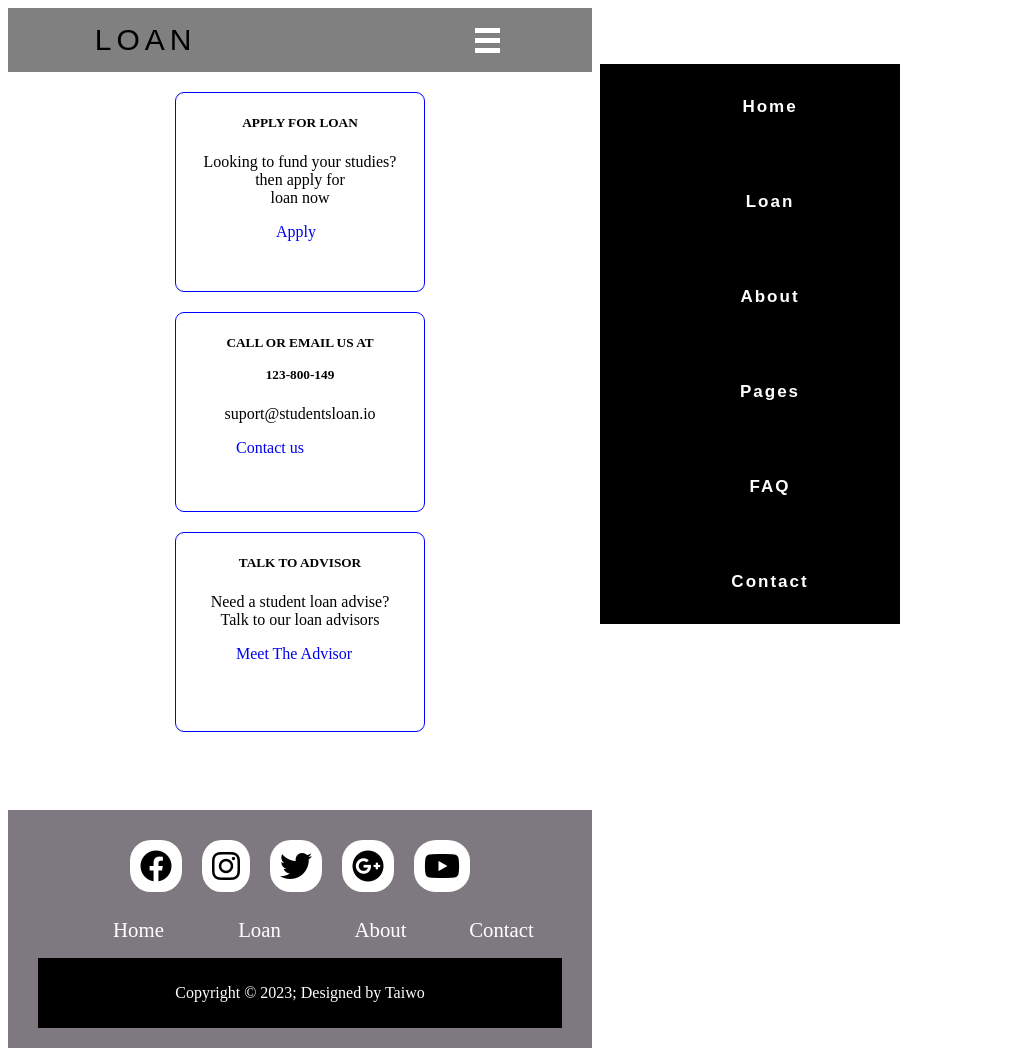
Repository: Tobby004/basic-loanweb
Page: contact.html
An editor plug-in stored every save of this project. The page is shown before and after the next save, followed by the edit.
The browser window is 600 px wide. The page is 900 px wide, then 1020 px, so the pictures cover 1020 px, including what lies to the right of the window. The pictures show the whole page.

Above is the page before, as saved 2023-07-07 00:14:17.

### contact.html
<!DOCTYPE html>
<html lang="en">
<head>
    <meta charset="UTF-8">
    <meta http-equiv="X-UA-Compatible" content="IE=edge">
    <meta name="viewport" content="width=device-width, initial-scale=1.0">
    <title>Contact</title>
    <link rel="stylesheet" href="contact.css">
    <link rel="stylesheet" href="https://cdnjs.cloudflare.com/ajax/libs/font-awesome/6.4.0/css/all.min.css" integrity="sha512-iecdLmaskl7CVkqkXNQ/ZH/XLlvWZOJyj7Yy7tcenmpD1ypASozpmT/E0iPtmFIB46ZmdtAc9eNBvH0H/ZpiBw==" crossorigin="anonymous" referrerpolicy="no-referrer" />
</head>
<body>
    <nav>
        <div class="logo">LOAN</div>
            <ul class="nav-links">
                    <li><a class="active"><a href="index.html">Home</a></li>
                    <li><a href="apply.html">Loan</a></li>
                    <li><a href="about.html">About</a></li>
                    <li><a href="#">Pages</a></li>
                    <li><a href="#">FAQ</a></li>
                    <li><a href="contact.html">Contact</a></li>
            </ul>
            <div class="burger">
            <div class="line1"></div>
            <div class="line2"></div>
            <div class="line3"></div>
            </div>
        </nav>
    <div class="contact-box">
        <div class="cob-1">
       <h5>APPLY FOR LOAN</h5>
       <p>Looking to fund your studies? <br> then apply for <br> loan now</p>
       <a href="apply.html">Apply</a>
        </div>
        <div class="cob-2">
         <h5>CALL OR EMAIL US AT <br><br>123-800-149</h5>
         <p>suport@studentsloan.io</p>
         <a href="contact.html">Contact us</a>
        </div>
        <div class="cob-3">
         <h5>TALK TO ADVISOR</h5>
         <p>Need a student loan advise?<br>
            Talk to our loan advisors</p>
         <a href="#">Meet The Advisor</a>
     </div>
    </div>
    <br>
    <div class="footer">
        <div class="socialicon">
         <a href=""><i class="fa-brands fa-facebook"></i></a>
         <a href=""><i class="fa-brands fa-instagram"></i></a>
         <a href=""><i class="fa-brands fa-twitter"></i></a>
         <a href=""><i class="fa-brands fa-google-plus"></i></a>
         <a href=""><i class="fa-brands fa-youtube"></i></a>
        </div>
    <div class="footernav">
     <ul>
         <li><a href="">Home</a></li>
         <li><a href="">Loan</a></li>
         <li><a href="">About</a></li>
         <li><a href="">Contact</a></li>
     </ul>
    </div>
    <div class="footerbottom">
     <p>Copyright &copy 2023; Designed by <span class="design">Taiwo</span> </p>
    </div>
     </div>
     <script src="nav.js"></script>
</body>
</html>

### contact.css
* {
    box-sizing: border-box;
}
nav {
    display: flex;
    justify-content: space-around;
    align-items: center;
    min-height: 8vh;
    font-family: sans-serif;
    background: gray;
}
.logo {
    color: black;
    text-transform: uppercase;
    letter-spacing: 5px;
    font-size: 30px;
    margin-right: 100px;
    font-family: sans-serif ;
}
 .nav-links {
    display: flex;
    justify-content: space-around;
    width: 0;
    gap: 20px;
 }
.nav-links a {
    color: #ffffff;
     text-decoration: none;
     letter-spacing: 2px;
     font-weight: bold;
     font-size: 17px;
}
.nav-links li :hover {
    transition: all 3s;
    background: #ffffff;
    color: blue;
}
.nav-links li {
    list-style: none;
}
.burger div {
    width: 25px;
    height: 5px;
    background-color: #ffffff;
    margin: 5px;
    transition: all 0.3s ease-in;
}
.burger {
    display: none;
}

.contact-box{
    display:flex ;
    gap: 20px;
    justify-content: space-between;
    margin: auto;
    height: 400px;
    width: 690px;
    background: #ffffff;
}
.contact-box h3 {
    text-align: center;
}
.contact-box p {
    text-align: center;
}
.cob-1 {
    margin-top: 20px;
    height: 200px;
    width: 250px;
    background: white;
    border-radius: 9px;
    border: solid 0.5px blue;
}
.cob-2 {
    margin-top: 20px;
    height: 200px;
    width: 250px;
    background: white;
    border-radius: 9px;
    border: solid 0.5px blue;
}
.cob-3 {
    margin-top: 20px;
    height: 200px;
    width: 250px;
    background: white;
    border-radius: 9px;
    border: solid 0.5px blue;
}
.contact-box h5 {
    text-align: center;
}
.contact-box a {
    text-decoration: none;
}
.cob-1 a {
margin-left: 100px;
}
.cob-2 a {
    margin-left: 60px;
}
.cob-3 a {
    margin-left: 60px;
}

.footer{
    margin-top: 180px;
    background: rgb(126, 120, 129);
    width: 100%;
    padding: 20px 30px 20px;
}
.socialicon {
    display: flex;
    justify-content: center;
}
.socialicon a {
    text-decoration: none;
    padding: 10px;
    margin: 10px;
    background: #ffffff;
    border-radius: 40%;
}
.socialicon a i {
    font-size: 2em;
    color: black;
}
.footernav ul {
 display: flex;
 justify-content: center;
 list-style: none;
}
.footernav ul li a{
 color: #ffffff;
 margin: 20px;
 text-decoration: none;
 font-size: 1.3em;
}
.footerbottom {
    background-color: black;
    padding: 10px;
    text-align: center;
}
.footerbottom p {
    color:white
}


@media only screen and (max-width:767px) {
     body {
        overflow-x: hidden;
     }
    .nav-links {
        position: absolute;
        right: 0px;
        top: 6vh;
        height: 70vh;
        background: black;
        display: flex;
        gap: 10px;
        width: 50%;
        flex-direction: column;
        align-items: center;
        transform: translateX(100%);
        transition: transform 0.5s ease-in;
    }
    .nav-links li {
        opacity: 1;
    }
    .nav-links li :hover {
        transition: all 5s;
        color: red;
    }
    .burger {
        display: block;
        cursor: pointer;
    }
   .nav-active {
    transform: translateX(0%);
   }
   .footernav {
    flex-direction: column;
   }
   .footernav ul li {
    width: 100%;
    text-align: center;
    margin: 1opx;
   }
    .contact-box {
        display: block;
        width: max-content;
    }
    .footer {
        margin-top: 300px;
    }
}

### nav.js
const navSlide = () => {
    const burger = document.querySelector('.burger');
    const navlinks = document.querySelector('.nav-links');
    const navLinks = document.querySelectorAll('.nav-links li');

 burger.addEventListener('click', ()=> {
    navlinks.classList.toggle('nav-active');

});
burger.classList.toggle('toggle');
}

navSlide()

After the next save:
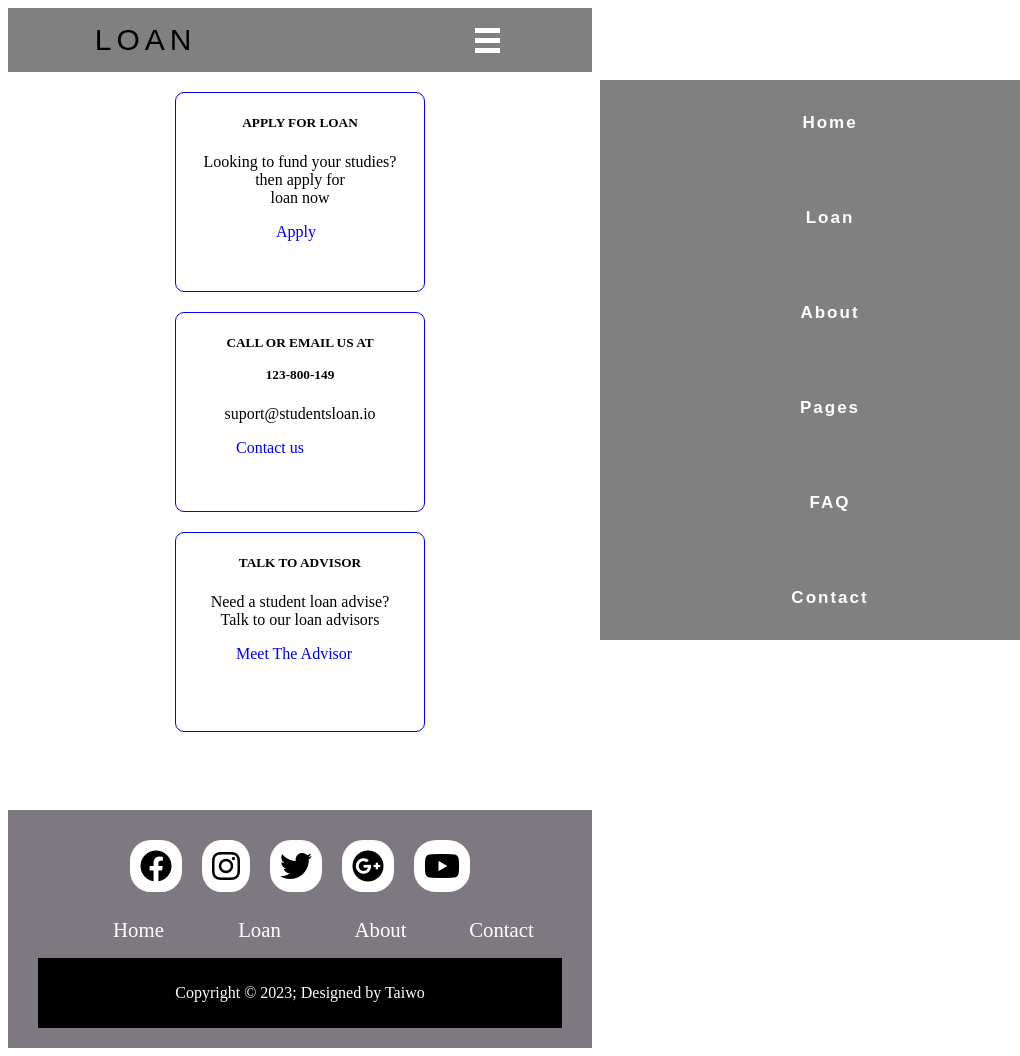
Saved 5 min 15 s later.
--- a/contact.css
+++ b/contact.css
@@ -153,12 +153,12 @@ margin-left: 100px;
     .nav-links {
         position: absolute;
         right: 0px;
-        top: 6vh;
+        top: 8vh;
         height: 70vh;
-        background: black;
+        background: gray;
         display: flex;
         gap: 10px;
-        width: 50%;
+        width: 70%;
         flex-direction: column;
         align-items: center;
         transform: translateX(100%);
@@ -177,6 +177,7 @@ margin-left: 100px;
     }
    .nav-active {
     transform: translateX(0%);
+    margin-top: 0px;
    }
    .footernav {
     flex-direction: column;
